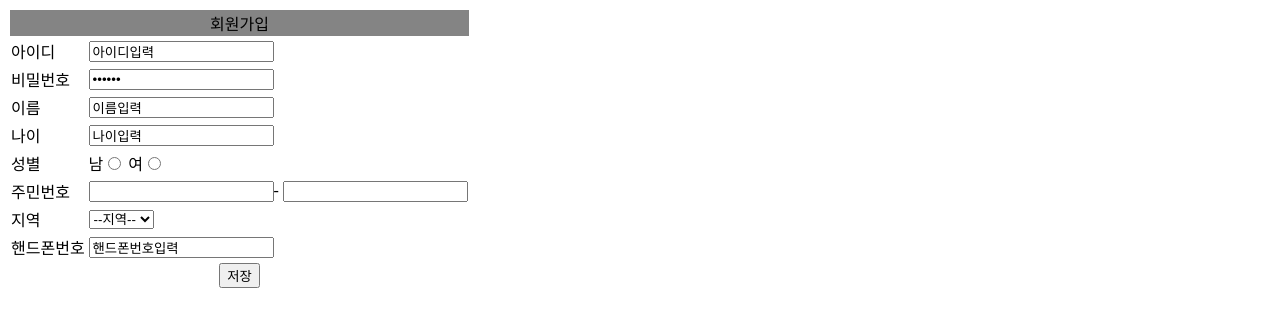
Repository: gunvv00/Java_practice
Page: html_work/html01/WebContent/member.html
An editor plug-in stored every save of this project. The page is shown before and after the next save, followed by the edit.
The browser window is 1280 px wide. The pictures show the whole page.

Above is the page before, as saved 2020-01-02 07:45:53.

After the next save:
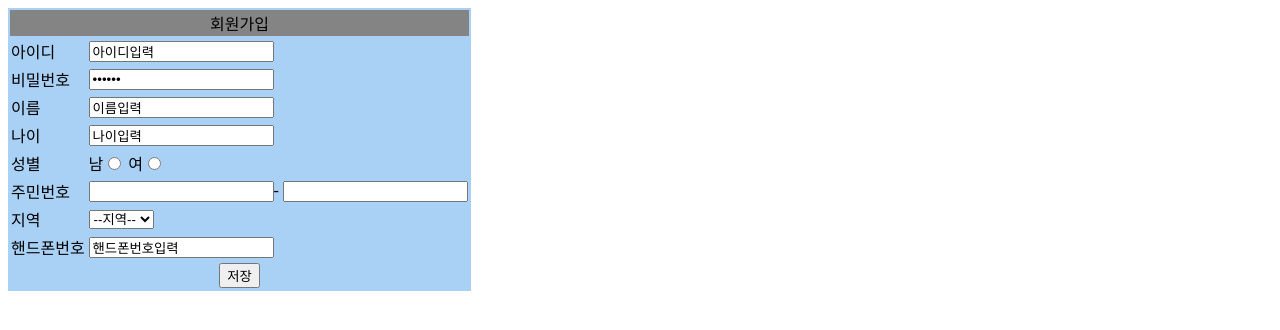
Saved 52 s later.
--- a/html_work/html01/WebContent/member.html
+++ b/html_work/html01/WebContent/member.html
@@ -6,7 +6,7 @@
 </head>
 <body>
 <form action = "member.jsp" method = "post">
-	<TABLE Border = 0 height = 100 >
+	<TABLE Border = 0 bgcolor = "#A9D0F5" height = 100 >
 	<tr>
 		<td bgcolor = "#848484" align = center colspan = "2">회원가입</td>
 	</tr>
